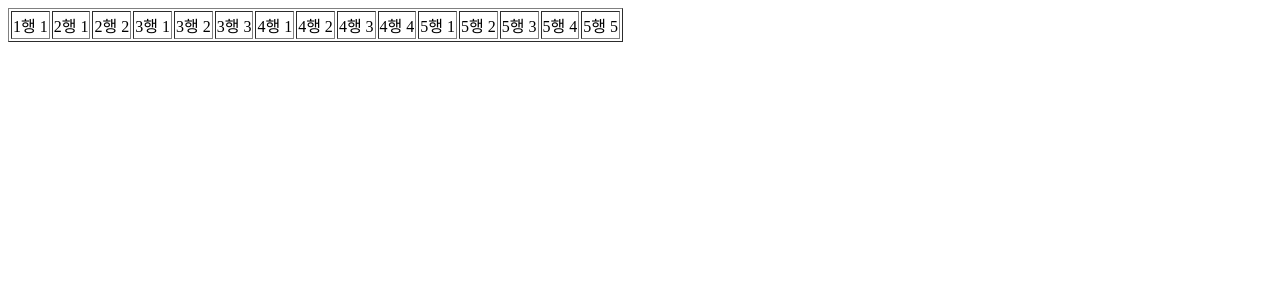
Repository: zoselakt/My_practice_JSP
Page: http://localhost/day02/script_task.jsp
The author's editor kept a copy of each file at every save. The page is drawn from the files as they stood at one save, then again after the next save.
The browser window is 1280 px wide. The pictures show the whole page.
The page is served by Tomcat 9.

Above is the page before, as saved 2022-02-26 11:56:24.

### day02/WebContent/script_task.jsp
<%@ page language="java" contentType="text/html; charset=UTF-8"
    pageEncoding="UTF-8"%>
<!DOCTYPE html>
<html>
<head>
<meta charset="UTF-8">
<title>scripting Tag 실습</title>
</head>
<body>
	<!-- 아래 모양과 같이 테이블 만들기
	□
	□□
	□□□
	□□□□
	□□□□□
	□□□□
	□□□
	□□
	□-->
	<table border = "1">
		<%for(int i=0; i<5; i++) {%>
			<% for(int j=4-i; j<5; j++) { %>
				<td><%=i+1 %>행 <%=i+2-(5-j) %></td>
			<%} %>
		<%} %>
	</table>

</body>
</html>

After the next save:
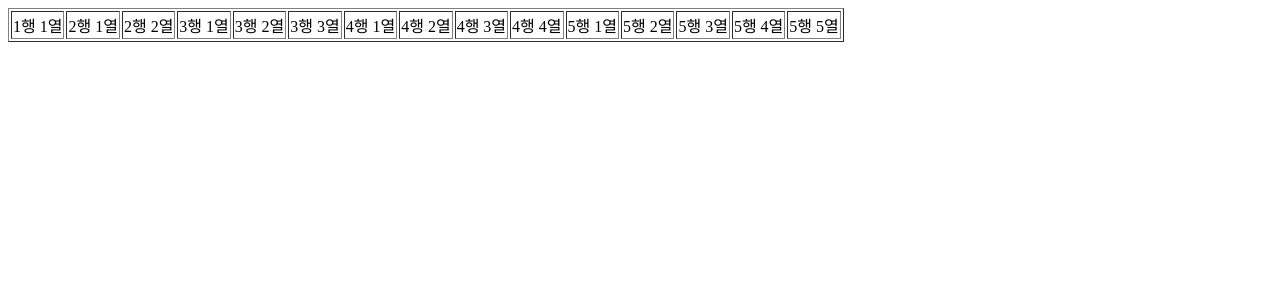
Saved 102 s later.
--- a/day02/WebContent/script_task.jsp
+++ b/day02/WebContent/script_task.jsp
@@ -20,7 +20,7 @@
 	<table border = "1">
 		<%for(int i=0; i<5; i++) {%>
 			<% for(int j=4-i; j<5; j++) { %>
-				<td><%=i+1 %>행 <%=i+2-(5-j) %></td>
+				<td><%=i+1 %>행 <%=i+2-(5-j)%>열</td>
 			<%} %>
 		<%} %>
 	</table>
